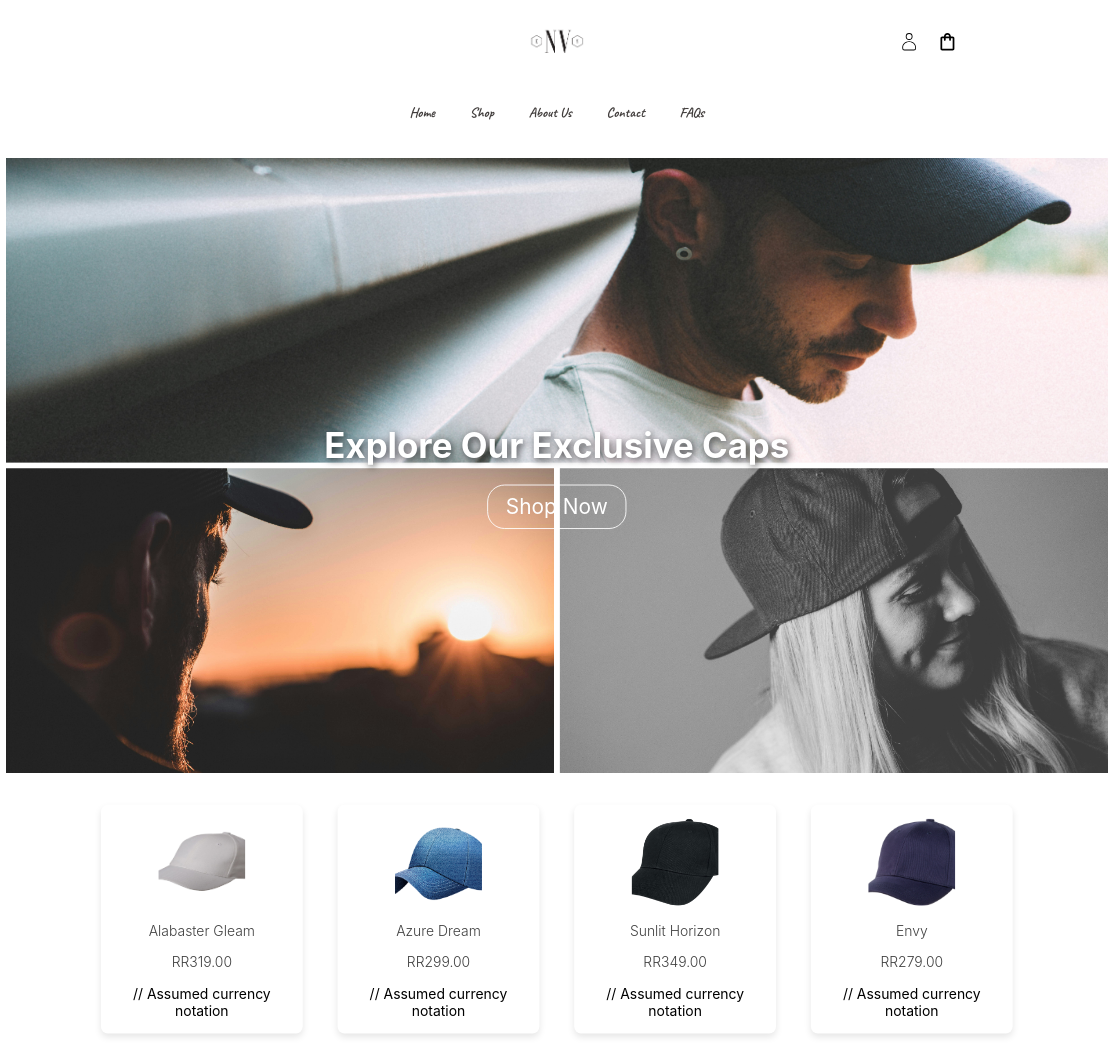
Repository: lasity34/new-envy
Page: / (app in my-new-envy/)
An editor plug-in stored every save of this project. The page is shown before and after the next save, followed by the edit.
The browser window is 1280 px wide. The pictures show the whole page, at 87% of full size.
The project was rebuilt for these pictures with package versions that can differ from the ones it lists, and the page was loaded fresh each time.

Above is the page before, as saved 2024-04-22 13:48:36.

After the next save:
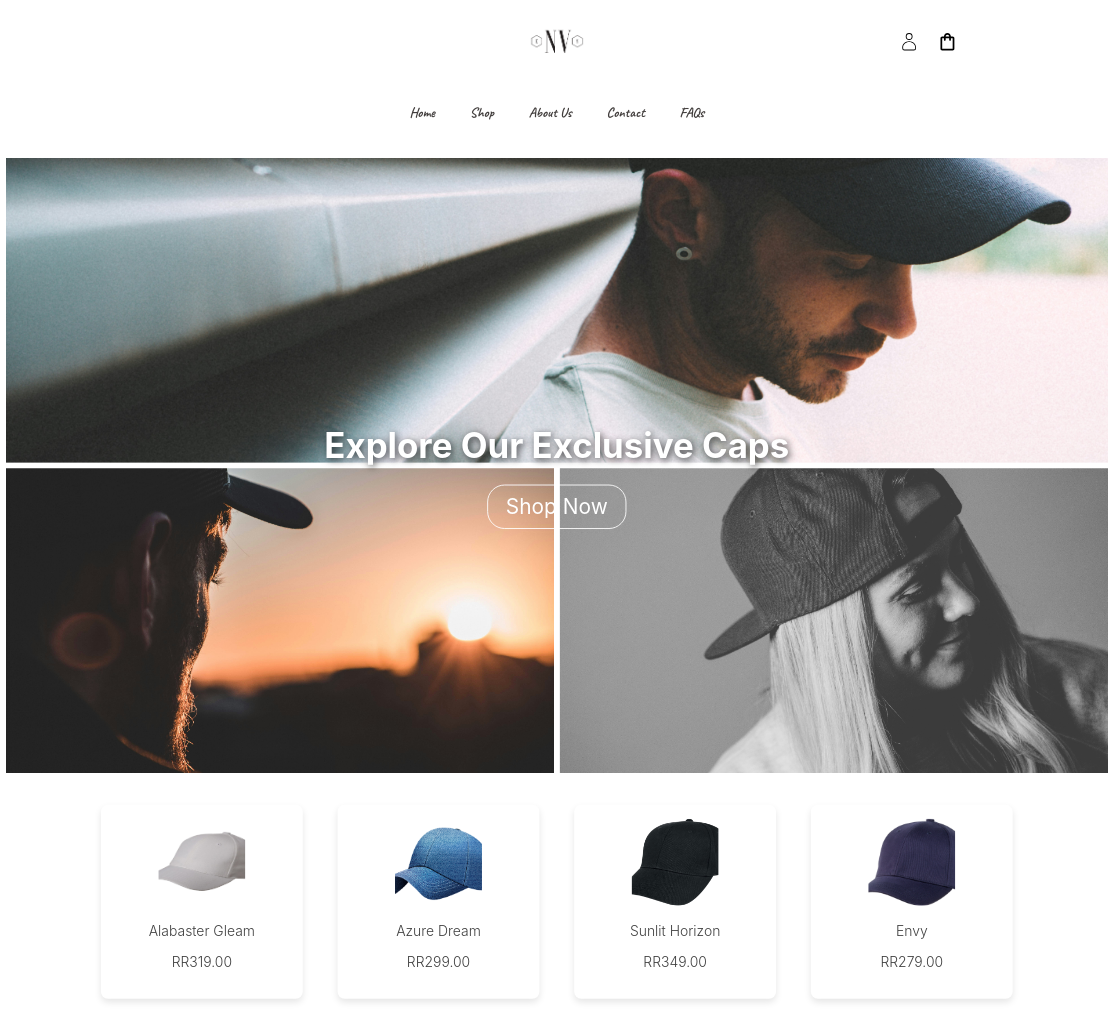
Saved 21 s later.
--- a/my-new-envy/src/components/ProductCard.tsx
+++ b/my-new-envy/src/components/ProductCard.tsx
@@ -39,7 +39,7 @@ const ProductCard: React.FC<ProductCardProps> = ({ product }) => {
         <CardContainer>
             <ProductImage src={product.imageUrl} alt={product.name} />
             <ProductName>{product.name}</ProductName>
-            <ProductPrice>R{product.price}.00</ProductPrice> // Assumed currency notation
+            <ProductPrice>R{product.price}.00</ProductPrice>
         </CardContainer>
     );
 }
